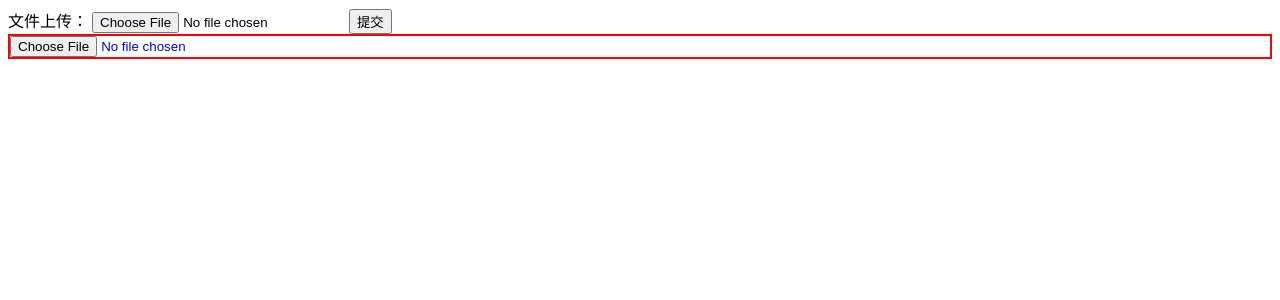
Repository: gongzheng-java/ProjectExample
Page: http://localhost/SSM/upload.jsp
These files come from the project's save history. The page is drawn as it stood at one moment and after the next save; the edit follows.
The browser window is 1280 px wide. The pictures show the whole page.
The page is served by Tomcat 9. Nobody is signed in. The application's start-up code is not run.

Above is the page before, as saved 2019-03-03 07:38:03.

After the next save:
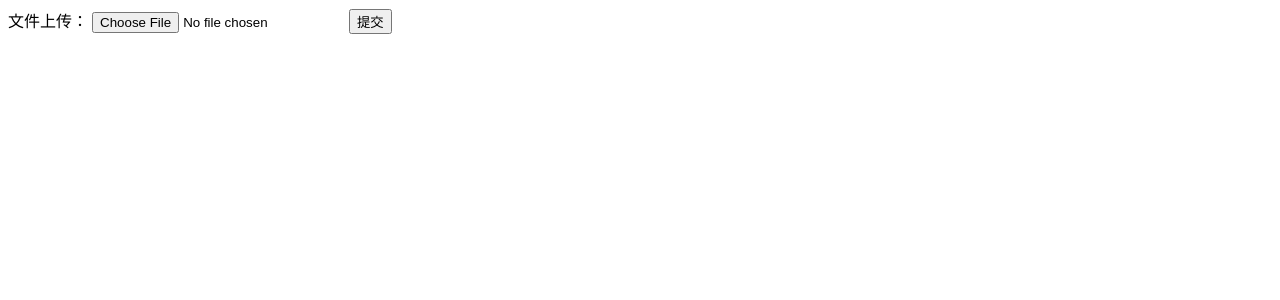
Saved 3 min 8 s later.
--- a/SSM/src/main/webapp/upload.jsp
+++ b/SSM/src/main/webapp/upload.jsp
@@ -14,10 +14,6 @@
       <input type="button" onclick="doUpload()" value="提交" />
    </form>
 </body>
-<div style="border: 2px solid red;">
-<a href="javascript:;" class="file">
-    <input type="file" name="" id="fileId" onchange="upload()">
-</a>
 </div>
 <script type="text/javascript">
 function doUpload() {
